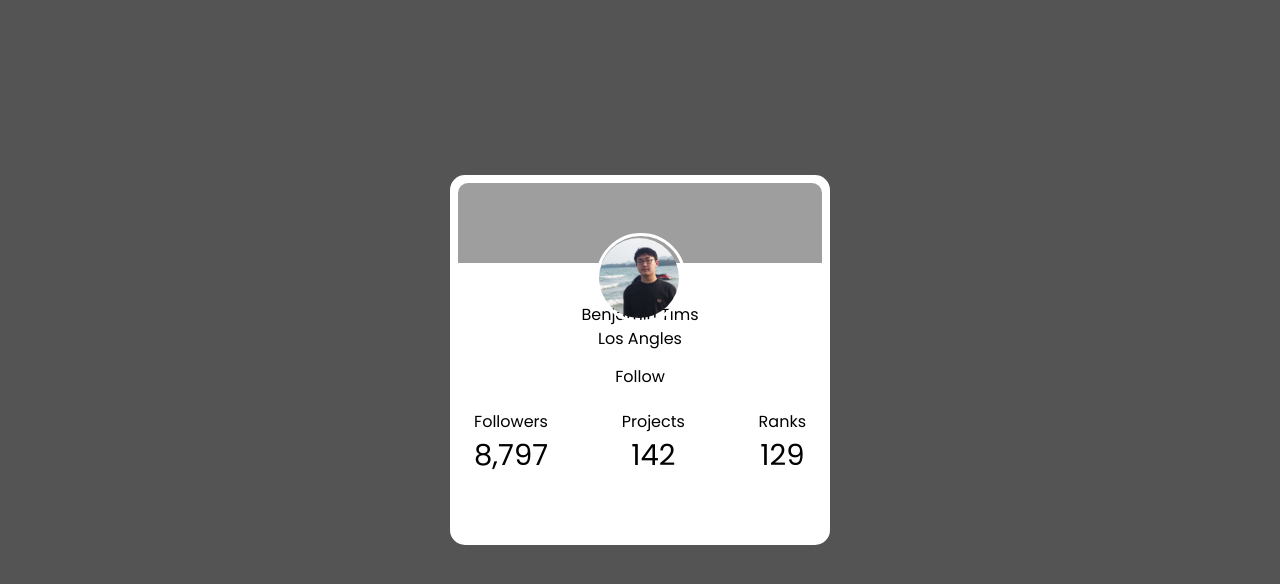
Repository: varotsk137/INT203_62130500080
Page: 62130500080_groupwork_2/myprofile.html
The author's editor kept a copy of each file at every save. The page is drawn from the files as they stood at one save, then again after the next save.
The browser window is 1280 px wide. The pictures show the whole page.
Pictures or frames that could not be fetched are drawn as grey boxes.

Above is the page before, as saved 2021-02-03 10:52:45.

After the next save:
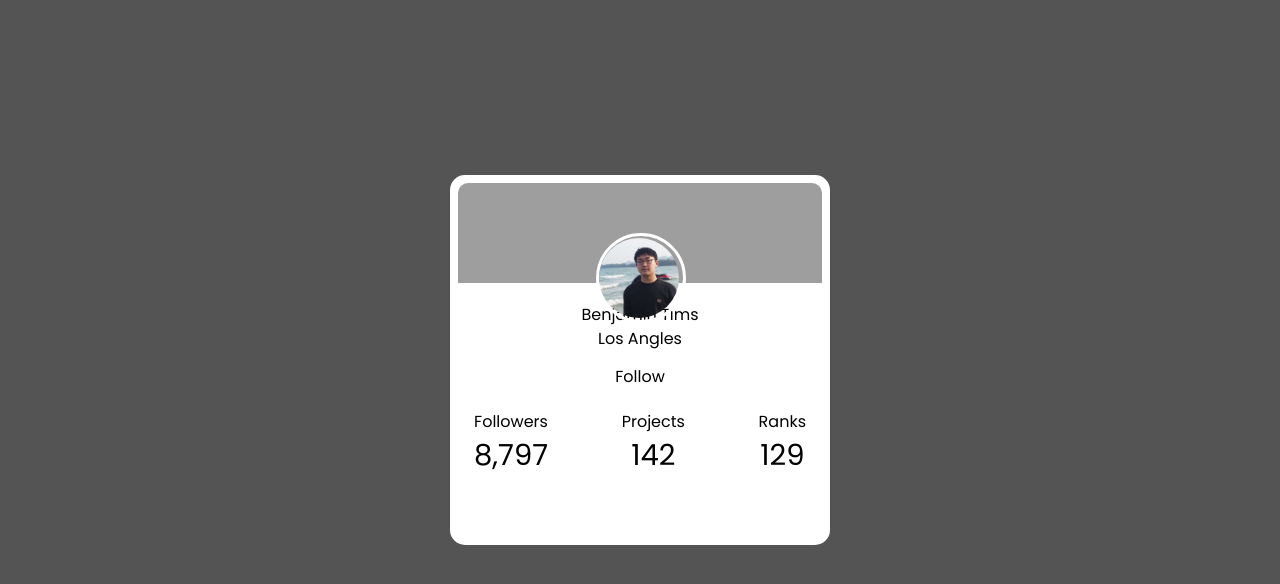
Saved 7 s later.
--- a/62130500080_groupwork_2/myprofile.html
+++ b/62130500080_groupwork_2/myprofile.html
@@ -87,7 +87,7 @@
 <body>
   <div id="app" class="container flex justify-center items-center">
     <div class="card">
-      <div class="upper"> <img :src="bg" class="h-4/5"> </div>
+      <div class="upper"> <img :src="bg" class="h-full"> </div>
       <div class="user text-center">
         <div class="profile"> <img :src="me" class="rounded-full" width="80"> </div>
       </div>
